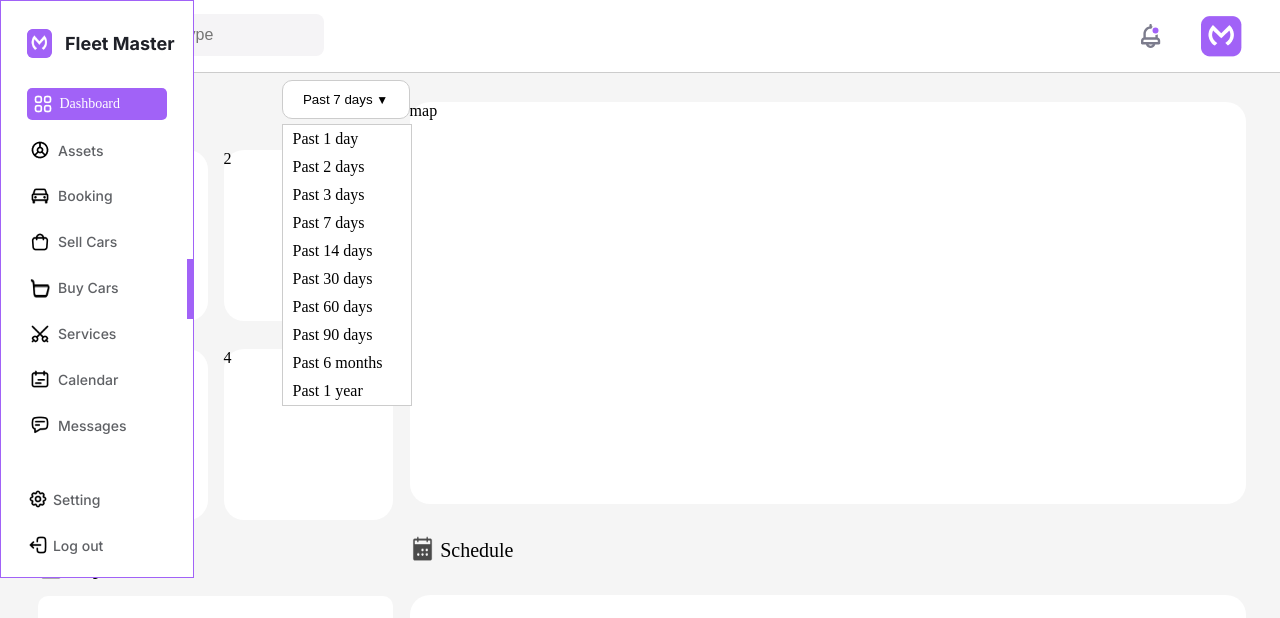
Repository: Designvioux/Car_Managment_System
Page: /, after clicking the first element matching `button.dropdown-button`
An editor plug-in stored every save of this project. The page is shown before and after the next save, followed by the edit.
The browser window is 1280 px wide. The pictures show the whole page.
The pointer rests on the first visible `.dropdown-item`.
An inner scrolling area shows only its first screen. The project was rebuilt for these pictures with package versions that can differ from the ones it lists, and the page was loaded fresh each time. Also part of the build but not shown: vite.config.js.

Above is the page before, as saved 2025-05-25 21:20:15.

### index.html
<!doctype html>
<html lang="en">
  <head>
    <meta charset="UTF-8" />
    <link rel="icon" type="image/svg+xml" href="./src/Components/Images/logo.png" />
    <meta name="viewport" content="width=device-width, initial-scale=1.0" />
    <title>Fleet Master</title>
  </head>
  <body>
    <div id="root"></div>
    <script type="module" src="/src/main.jsx"></script>
  </body>
</html>

### src/App.jsx
import { useState } from 'react'

import './App.css'
import { BrowserRouter as Router, Routes ,Route } from 'react-router-dom'

import Main from './Components/MainLayout'
import Home from './Components/Dashboard'


function App() {
  const [count, setCount] = useState(0)

  return (
    <Router>
<Routes>
<Route element={<Main/>}>
<Route path='/' element={<Home/>}/>

</Route>
</Routes>
    </Router>
  )
}

export default App

### src/App.css
html , body{
  margin: 0;
  padding: 0;
  overflow-x: hidden;
  background-color: #F5F5F5;

}

### src/Components/MainLayout.jsx
import React from 'react';
import Dashboard from './DashboardNavbar';
import './CSS/Home.css';
import Search from './Search-top';
import { Outlet } from 'react-router-dom';
const Main = () => {
  return (
    <div className='Main-Container'>
      <div className='dashboard-wrapper'>
        <Dashboard />
      </div>

     <div className='D-MainContent'>
        <div className='search-top'>
          <Search />
        </div>
        {/*here are page components  like home , About ,contact etc are  inserted*/}
<div className='Page-Components'>
  <Outlet/>
</div>
</div>

      </div>

  );
};

export default Main;

### src/Components/Dashboard.jsx
import React , {useState , useRef,useEffect} from 'react';

import './CSS/Home.css';

import stts from './icons/chart-bar-fill.png';
import trip from './icons/list-dashes-fill.png'
import calendar from  './icons/calendar-dots-fill.png'

const Home = () => {

const [isOpen , setIsOpen] = useState(false);
const [selected , setSelected] = useState("Past 7 days")

const dropdownRef= useRef();
  const options = [
    "Past 1 day",
    "Past 2 days",
    "Past 3 days",
    "Past 7 days",
    "Past 14 days",
    "Past 30 days",
    "Past 60 days",
    "Past 90 days",
    "Past 6 months",
    "Past 1 year",
  ];

  const toogleDropdown = () => setIsOpen(prev => !prev);
  const handleSelect = (value) => {
    setSelected(value);
    setIsOpen(false);
  };

  useEffect(() => {
    const handleClickOutside = (e) => {
      if (dropdownRef.current && !dropdownRef.current.contains(e.target)) {
        setIsOpen(false);
      }
    };
    document.addEventListener("mousedown", handleClickOutside);
    return () => document.removeEventListener("mousedown", handleClickOutside);
  }, []);

  return (
    <div className='Dashboard-Container'>


      <div className='main-content'>

        <div className='bottom-cont'>

     <div className='D-heading' ref={dropdownRef}>
      <div className='Stats-head'>

      <h2 className='s-heading'>      <img src={stts} className='sub-icons'></img> Statictics Overview
      </h2>
      <div className='dropdown-wrapper'>
  <button className='dropdown-button' onClick={toogleDropdown}>
    {selected} <span className={`arrow ${isOpen ? "open" : ""}`}>▼</span>
  </button>
  {isOpen && (
    <div className='dropdown-menu'>
      {options.map((option) => (
        <div
          key={option}
          className='dropdown-item'
          onClick={() => handleSelect(option)}
        >
          {option}
        </div>
      ))}
    </div>
  )}
</div>

      </div>
          <div className='H-left'>

            <div className='Statictics-container'>1</div>
            <div className='Trips-container'>2</div>
            <div className='Statictics-container'>3</div>
            <div className='Trips-container'>4</div>

          </div>
          <div className='Trips-Container'>
          <h2 className='s-heading'>  <img className='sub-icons' src={trip}></img> Trips </h2>
          <div className='Trips-box'>

          </div>

          </div>
          </div>

          <div className='right-side'>
            <div className='Map-container'>map</div>
            <h2 className='s-heading'><img src={calendar} className='sub-icons'></img> Schedule</h2>
            <div className='Schedule-container'></div>
            <div className='CarDriverAva-container'><h2> Car and Driver Availablity</h2></div>

          </div>
        </div>
      </div>
    </div>
  );
};

export default Home;

### src/Components/DashboardNavbar.jsx
import React from 'react'
import "./CSS/DashboardNavbar.css"
import Dboard from './icons/dashboard icon.png'
import Assets from './icons/wheel.png';
import Booking from  './icons/car.png';
import Car from './icons/shop.png';
import BCar from './icons/cart.png';
import Services from './icons/Line.png';
import Calendar from './icons/calendar.png';
import Msg from './icons/msg.png';
import Setting from './icons/setting.png';
import Logout from './icons/logout.png';
import logo from './Images/logo.png'
const Dashboard = () => {

  return (
    <>
  <div className='Hamburger-Container'>
   <div className='left-hamburger'>
   <div className='Logo'><img src={logo} className='logo-img' alt="logo"/><p>Fleet Master</p></div>
    <ul>
       <li><a className='d-board'><img src={Dboard} ></img>Dashboard</a></li>
      <li className='d-list'> <img src={Assets} className='d-icon'></img><a>Assets</a></li>
      <li className='d-list'><img src={Booking} className='d-icon'></img><a>Booking</a></li>
      <li className='d-list'><img src={Car}className='d-icon'></img><a>Sell Cars</a></li>
      <li className='d-list'><img src={BCar} className='d-icon'></img><a>Buy Cars</a></li>
      <li className='d-list'><img src={Services}className='d-icon'></img><a>Services</a></li>
      <li className='d-list'><img src={Calendar}className='d-icon'></img><a>Calendar</a></li>
      <li className='d-list'><img src={Msg}className='d-icon'></img><a>Messages</a></li>
      </ul>




   </div>
   <div className='last-content'>
    <ul>
     <li className='d-list'><img src={Setting} className='l-icon'></img><a>Setting</a></li>
     <li className='d-list'><img src={Logout}className='l-icon'></img>  <a>Log out</a></li>
      </ul>

      </div>

   </div>

      </>

  )


}

export default Dashboard;

### src/Components/CSS/Home.css
 .Dashboard-Container{
  margin: 0;
top: 0;
background-color: #F5F5F5;
height:auto;

display: flex;
flex-direction: column;
font-family: "DM Sans";




}

.Dashboard-left{
  display: flex;
  flex-direction: row;

}

.right-side{
  display: flex;
  flex-wrap: wrap;
  width: 70vw;
  background-color: #F5F5F5;
  height: 90vh;

  padding: 2vh 0vw;
  box-sizing: border-box;



}

.D-heading{
  display: flex;
 flex-direction: column;
  width: 30%;
  background-color: #F5F5F5;
height: auto;


  box-sizing: border-box;

}
.D-heading h2{
  margin: 2vh 0vw 1vh 1vw ;
}

.H-left {
  display: flex;
  flex-wrap: wrap;
  width: 100%;
  background-color: #F5F5F5;
  height: 55vh;
  gap: 16px;
  padding: 1vh 1vw;
  box-sizing: border-box;



}


.search-top{



  border-bottom: 1px solid #ccc;

}

.sub-icons{
  height: 4vh;
  width: 2vw;
}
.s-heading{
  display: flex;
  align-items: center;
  color: #000;
  gap: 5px;

font-family: "DM Sans";
font-size: 20px;
font-style: normal;
font-weight: 500;
line-height: 24px; /* 120% */
}

.Statictics-container,
.Trips-container {
  background-color: #fff;
  width: calc(50% - 10px);

  height: 45%;
  box-sizing: border-box;
  border-radius: 20px;
}

.Map-container,
.Schedule-container {
  background-color: #fff;
  width: calc(100% - 60px);
 border-radius: 20px;
  height: 65%;
  box-sizing: border-box;
  margin: 2vh 0vw ;

}
.CarDriverAva-container{
  background-color: #fff;
  width: calc(100% - 60px);
 border-radius: 20px;
  height:45%;
  box-sizing: border-box;


}




.bottom-cont{
  display: flex;
  flex-direction: row;



}




.D-MainContent{
  margin-left:2vw;

  height: auto;
  width: 100vw;


}

.Page-Components{
width: 100vw;

height: auto;

}


.Main-Container {

  height: 100vh;
  width: 100vw;
  overflow: hidden;
  display: flex;
  overflow-y: auto;  /* Make it scrollable vertically */
  overflow-x: hidden; /* Optional, hide horizontal scroll */

}



.dashboard-wrapper {
  width: 2vw; /* collapsed width */
  transition: width 0.3s ease;
  overflow: hidden;
  position: absolute;
  z-index: 10;
  border: 1px solid #A162F7;
}

.dashboard-wrapper:hover {
  width: 15vw; /* expanded width */
}

/* Add this if you want a hover-tab always visible */
.dashboard-wrapper::after {
  content: '';
  position: absolute;
  top: 50%;
  right: 0;
  transform: translateY(-50%);
  width: 6px;
  height: 60px;
  background: var(--primary-purple, #A162F7);
  cursor: pointer;

}

.Trips-container{
  display: flex;
  flex-direction: column;
}

.Trips-box{
  width: calc(95% - 10px);
  height: 100vh;
  background-color: #fff;

  margin: 2vh 1vw;
  border-radius:10px ;
}






.dropdown-button {

  background-color: #fff;
  border: 1px solid #ccc;
  cursor: pointer;
 border-radius:10px ;
  padding: 1.5vh 1vw;
width: 10vw;

}


.dropdown-menu {
  position: absolute;
  background: white;
  border: 1px solid #ccc;
  z-index: 100;

  margin-top: 5px;
  width: 10vw;

}

.dropdown-item {
  padding: 5px 10px;
  cursor: pointer;
}

.dropdown-item:hover {
  background-color:  background: var(--primary-purple, #A162F7);
}


.arrow {
  transition: transform 0.3s ease;
  font-size: 12px;
}

.arrow.open {
  transform: rotate(180deg);
}

.Stats-head{
  display:flex;
  flex-direction: row;
  gap:5vw;
}
.dropdown-wrapper {
  position: relative; /* Ensures dropdown-menu is positioned relative to this */
  display: inline-block;
  margin-top: 1vh;
}

### src/Components/Search-top.jsx
import React from 'react'
import './CSS/Search.css'
import fleet from './Images/logo.png'

const Search =()=>{

  return(


  <div className='search-bar'>
<div className="left-bar">
  <div className="search-sec">
  <svg xmlns="http://www.w3.org/2000/svg" width="20" height="20" viewBox="0 0 20 20" fill="none" className='search-icon'>
<path d="M19.7192 18.3126L16.0114 14.6326C17.4506 12.837 18.1476 10.5578 17.959 8.26385C17.7705 5.96985 16.7106 3.83533 14.9975 2.2992C13.2844 0.763058 11.0481 -0.0579377 8.74862 0.00502273C6.44911 0.0679831 4.26109 1.01011 2.63448 2.63769C1.00786 4.26527 0.066292 6.45459 0.00336896 8.75548C-0.059554 11.0564 0.760954 13.2939 2.29618 15.0081C3.83141 16.7222 5.96466 17.7827 8.25729 17.9714C10.5499 18.1601 12.8277 17.4627 14.6222 16.0226L18.3 19.7026C18.3929 19.7963 18.5035 19.8707 18.6253 19.9214C18.747 19.9722 18.8777 19.9984 19.0096 19.9984C19.1415 19.9984 19.2722 19.9722 19.3939 19.9214C19.5157 19.8707 19.6263 19.7963 19.7192 19.7026C19.8993 19.5161 20 19.2669 20 19.0076C20 18.7482 19.8993 18.499 19.7192 18.3126ZM9.01554 16.0226C7.63189 16.0226 6.27932 15.612 5.12886 14.8428C3.9784 14.0737 3.08172 12.9804 2.55223 11.7013C2.02273 10.4223 1.88419 9.01479 2.15412 7.65692C2.42406 6.29905 3.09035 5.05177 4.06873 4.0728C5.04712 3.09384 6.29366 2.42715 7.65072 2.15706C9.00778 1.88696 10.4144 2.02558 11.6927 2.5554C12.9711 3.08521 14.0637 3.98242 14.8324 5.13356C15.6011 6.2847 16.0114 7.63808 16.0114 9.02255C16.0114 10.8791 15.2743 12.6595 13.9623 13.9723C12.6504 15.2851 10.871 16.0226 9.01554 16.0226Z" fill="#7C7C8D"/>
</svg>
    <input
      type="search"
      placeholder="Search for a Type"
      className="search-input"
    />
  </div>
</div>

    <div className='right-cont'> <svg xmlns="http://www.w3.org/2000/svg" width="20" height="24" viewBox="0 0 20 24" fill="none">
<path d="M16.8 13.449V9.62358C16.7983 7.91915 16.1949 6.27033 15.0967 4.9691C13.9986 3.66788 12.4765 2.79823 10.8 2.51416V1.20295C10.8 0.883906 10.6736 0.577931 10.4485 0.352335C10.2235 0.126739 9.91826 0 9.6 0C9.28174 0 8.97651 0.126739 8.75147 0.352335C8.52643 0.577931 8.4 0.883906 8.4 1.20295V2.51416C6.72353 2.79823 5.20143 3.66788 4.10326 4.9691C3.0051 6.27033 2.40172 7.91915 2.4 9.62358V13.449C1.69974 13.6971 1.0932 14.1564 0.663526 14.7637C0.233854 15.371 0.00208741 16.0967 0 16.8413V19.2472C0 19.5662 0.126428 19.8722 0.351472 20.0978C0.576516 20.3234 0.88174 20.4501 1.2 20.4501H4.968C5.24434 21.4694 5.8476 22.3693 6.68471 23.0109C7.52183 23.6524 8.54627 24 9.6 24C10.6537 24 11.6782 23.6524 12.5153 23.0109C13.3524 22.3693 13.9557 21.4694 14.232 20.4501H18C18.3183 20.4501 18.6235 20.3234 18.8485 20.0978C19.0736 19.8722 19.2 19.5662 19.2 19.2472V16.8413C19.1979 16.0967 18.9661 15.371 18.5365 14.7637C18.1068 14.1564 17.5003 13.6971 16.8 13.449ZM4.8 9.62358C4.8 8.34741 5.30571 7.12351 6.20589 6.22113C7.10606 5.31874 8.32696 4.81179 9.6 4.81179C10.873 4.81179 12.0939 5.31874 12.9941 6.22113C13.8943 7.12351 14.4 8.34741 14.4 9.62358V13.2324H4.8V9.62358ZM9.6 21.6531C9.18117 21.6505 8.77029 21.5381 8.4082 21.3271C8.04611 21.1161 7.74541 20.8137 7.536 20.4501H11.664C11.4546 20.8137 11.1539 21.1161 10.7918 21.3271C10.4297 21.5381 10.0188 21.6505 9.6 21.6531ZM16.8 18.0442H2.4V16.8413C2.4 16.5222 2.52643 16.2162 2.75147 15.9906C2.97652 15.7651 3.28174 15.6383 3.6 15.6383H15.6C15.9183 15.6383 16.2235 15.7651 16.4485 15.9906C16.6736 16.2162 16.8 16.5222 16.8 16.8413V18.0442Z" fill="#7C7C8D"/>
<circle cx="14.5" cy="6.5" r="3.75" fill="#A162F7" stroke="white" strokeWidth="1.5"/>
</svg><img className='profile' src={fleet} alt="profile"></img></div>
  </div>

)
}
export default Search;

### src/Components/CSS/DashboardNavbar.css

@import url('https://fonts.googleapis.com/css2?family=Inter:wght@400;500;600;700&display=swap');



.Hamburger-Container {
  margin: 0;
  padding: 0;
  background-color: #fff; /* fixed from #ffff */
  font-family: "Inter";
  height: 80vh;
  width: 15vw;
  display: flex;
  flex-direction: column; /* vertical layout */

}
.Logo{
  display: flex;
  flex-direction: row;
  align-items: center;
  margin-left: 2vw;
  margin: 2vh 0vw 0vh 2vw;

}
.logo-img{

  display: flex;

  flex-direction: column;
  align-items: flex-start;
  gap: 10px;
  height: 4vh;
  width:2vw;


  border-radius: 6px;
background: var(--primary-purple, #A162F7);
}
.Logo p{

  margin-left: 1vw;
  display: flex;
  align-items: center;
  align-content: center;
  color: var(--gray-Dark, #1F2128);

font-size: 18px;
font-style: normal;
font-weight: 700;
line-height: normal;

}

.Hamburger-Container ul  {
  text-decoration: none;
 list-style: none;
 display: flex;
 flex-direction: column;
 gap: 2vh;

 padding: 0 2vw;

}

.Hamburger-Container ul li{

color: var(--gray-dark-2, #5F6165);
/* tittle/14 M */

font-size: 14px;
font-style: normal;
font-weight: 500;
line-height: normal;
display: flex;
flex-direction: row;
gap: 0.3vw;
}

.Hamburger-Container ul li a{
  display: flex;
  align-items: center;
}
.last-content  {
  display: flex;
  margin: 0;
  margin-top: auto; /* push this to the bottom */
  flex-direction: column;
}

.last-content ul li a{
display: flex;
align-items: center;

}
.d-icon{
  display: flex;
width: 20px;
height: 20px;
padding: 0vh 0.3vw;
justify-content: center;
align-items: center;

}
.l-icon{
  display: flex;
  width: 20px;
  height: 20px;
  padding: 0vh 0.1vw;
  justify-content: center;
  align-items: center;
}

.d-board{

background: #A162F7;
color: white;
padding: 0.8vh 0.5vw;
border-radius: 0.4vw;
color: #FFF;
gap: 0.5vw;
width: 80vw;
cursor: pointer;

font-family: "DM Sans";
font-size: 14px;
font-style: normal;
font-weight: 500;
line-height: normal;
}



.d-list {
  display: flex;
  align-items: center;
  gap: 10px;
  padding: 0.8vh 0vw;
cursor: pointer;
  border-radius: 5px;
  transition: all 0.3s ease;
}

.d-list .l-icon,
.d-list .d-icon {
  width: 20px;
  height: 20px;
  filter: brightness(0) saturate(100%); /* Initial black */
  transition: filter 0.3s ease;
}

.d-list:hover {
  background-color: #A162F7;
  color: white;
  cursor: pointer;
}

.d-list:hover .l-icon,
.d-list:hover .d-icon {
  filter: invert(1) brightness(1000%); /* Turns icon white */
}

### src/Components/CSS/Search.css
.search-bar{
  height: 10vh;
  background-color: #ffff;
  display: flex;
  flex-direction: row;
  margin-left: 0.2vw;
  border-radius: 5px;


}

.right-cont{
  display: flex;
margin-left: auto;
  gap: 40px;
align-items: center;

  margin-right: 5%;

}


.left-bar{
  margin: 2vh;
}

.search-sec {
  display: flex;
  align-items: center;
  background: #f5f4f6;
  border-radius: 8px;
  padding: 1.5vh 1vw;
width: 20vw;
  gap: 10px;
}

.search-icon {
  flex-shrink: 0;
  fill: var(--gray-dark-4, #7C7C8D);
  width: 20px;
height: 19.997px;
cursor: pointer;
}

.search-input {
  border: none;
  outline: none;
  background: transparent;
  font-size: 16px;
  width: 100%;
}

Loaded but not shown: src/main.jsx (common file); src/index.css (no stored copy; drawn as an empty file)

After the next save:
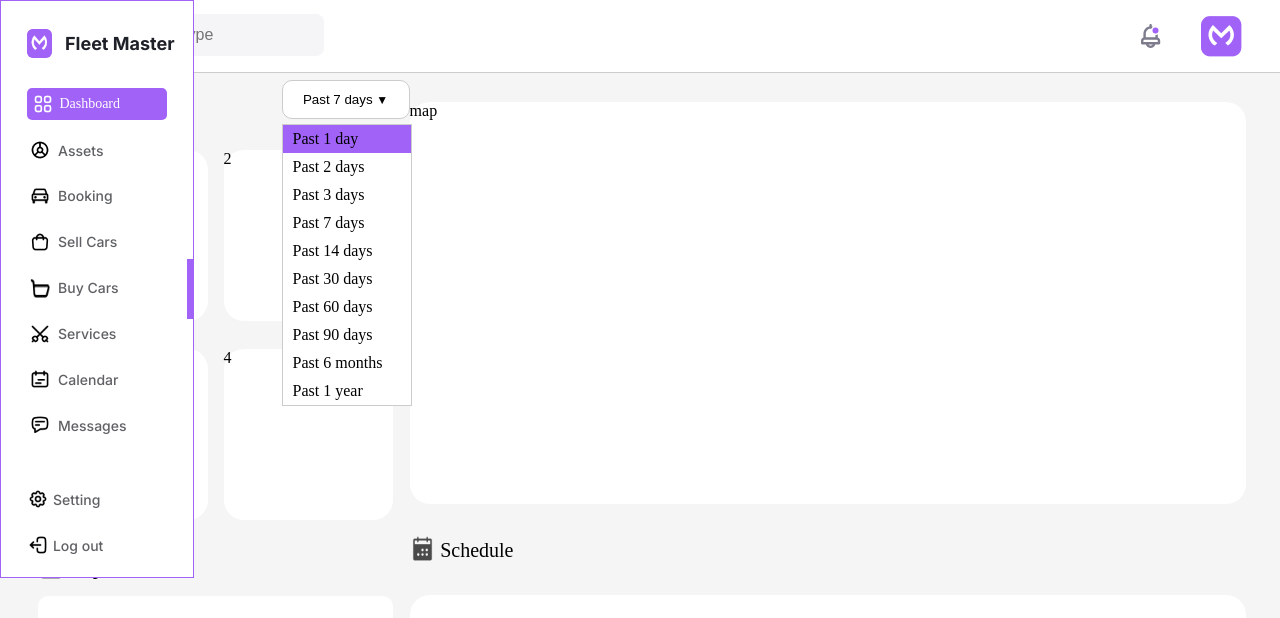
Saved 4 s later.
--- a/src/Components/CSS/Home.css
+++ b/src/Components/CSS/Home.css
@@ -237,7 +237,7 @@ width: 10vw;
 }
 
 .dropdown-item:hover {
-  background-color:  background: var(--primary-purple, #A162F7);
+  background: var(--primary-purple, #A162F7);
 }
 
 
